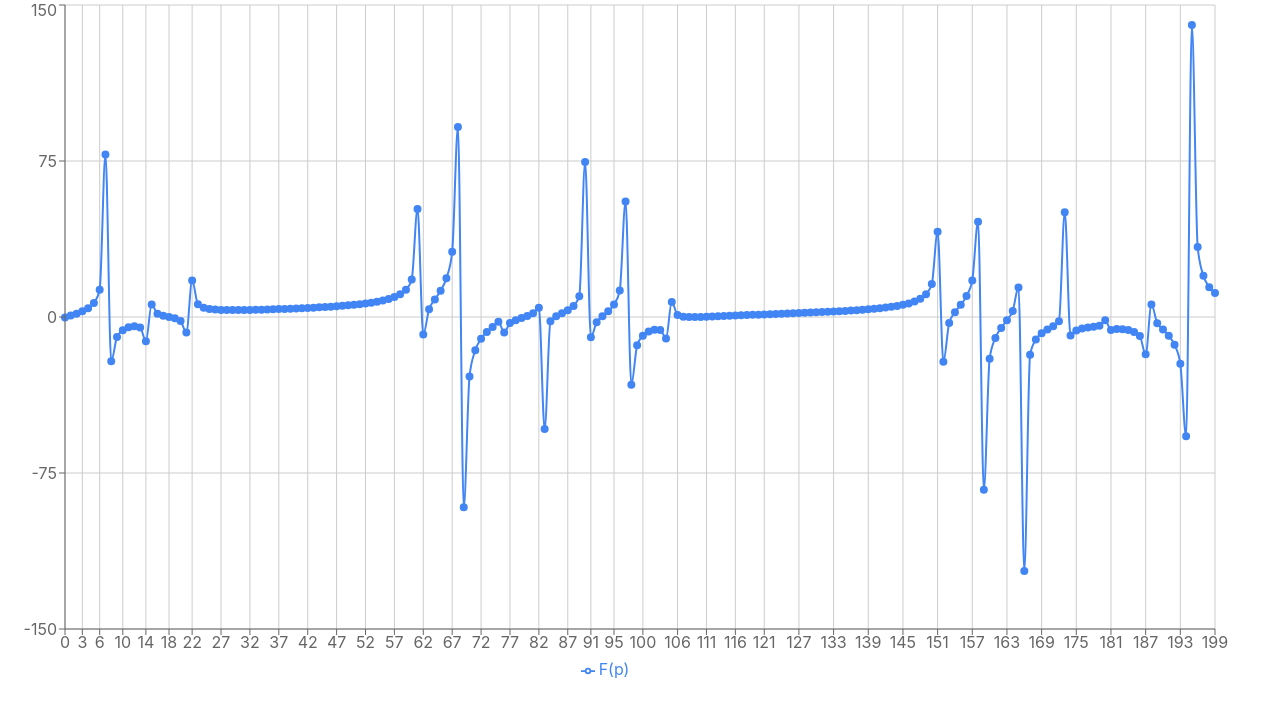
Repository: ivanburlakov/rts-labs
Page: / (app in lab2.1/)
An editor plug-in stored every save of this project. The page is shown before and after the next save, followed by the edit.
The browser window is 1280 px wide. The pictures show the whole page.
The project was rebuilt for these pictures with package versions that can differ from the ones it lists, and the page was loaded fresh each time.

Above is the page before, as saved 2021-04-26 15:36:34.

### lab2.1/src/App.js
import { useState, useEffect } from "react";
import {
  LineChart,
  Line,
  CartesianGrid,
  XAxis,
  YAxis,
  ResponsiveContainer,
  Tooltip,
  Legend
} from "recharts";
import "./App.css";

function W(p, k, N) {
  return (
    Math.cos(((2 * Math.PI) / N) * (p * k)) - Math.sin(((2 * Math.PI) / N) * (p * k))
  );
}

function generateChart(harmonics, frequencyBorder, ticks) {
  const results = [];
  const x = [];
  const data = [];
  const a = [
    0.4339828585740546,
    0.7913122899825349,
    0.9046675274492586,
    0.03561605703191084,
    0.6945208754805292,
    0.31068813398293105,
    0.8019743203386724,
    0.28475103254141687,
    0.12064273435943562,
    0.9330672886468734,
  ];
  const phi = [
    0.22630164484429782,
    0.209250913297216,
    0.4181397442964869,
    0.7283513419958436,
    0.9143343248574061,
    0.29136587444048345,
    0.6230305731180181,
    0.7151092751757229,
    0.053674000231757946,
    0.14700253263682495,
  ];
  for (let i = 0; i < harmonics; i++) {
    const w = (frequencyBorder / harmonics) * (i + 1);
    const harmonic = [];
    for (let t = 0; t < ticks; t++) {
      harmonic.push(a[i] * Math.sin(w * t + phi[i]));
    }
    results.push(harmonic);
  }
  for (let t = 0; t < ticks; t++) {
    let sum = 0;
    for (const array of results) {
      sum += array[t];
    }
    x.push(sum);
  }
  for (let p = 0; p < 200; p++) {
    let F = 0;
    for (let k = 0; k < x.length; k++) {
      F += x[k] * W(p, k, x.length);
    }
    data.push({
      p,
      'F(p)': F,
    });
  }
  return data;
}

function App() {
  const [data, setData] = useState(null);
  useEffect(() => {
    setData(generateChart(10, 900, 256));
  }, []);
  return (
    <div className="App">
      {data && (
        <div className="chart">
          <ResponsiveContainer width="100%" height="95%">
            <LineChart
              data={data}
              margin={{ right: 65, top: 5, bottom: 5, left: 5 }}
            >
              <CartesianGrid stroke="#ccc" />
              <Line
                type="monotone"
                dataKey="F(p)"
                stroke="#4285F4"
                fill="#4285F4"
                strokeWidth={2}
              />
              <XAxis dataKey="p" />
              <YAxis dataKey="F(p)" />
              <Tooltip />
              <Legend />
            </LineChart>
          </ResponsiveContainer>
        </div>
      )}
    </div>
  );
}

export default App;

### lab2.1/src/App.css
.App {
  position: absolute;
  top: 0;
  bottom: 0;
  left: 0;
  right: 0;
  display: flex;
  flex-direction: column;
  justify-content: center;
  align-items: center;
  overflow: hidden;
}

.results {
  flex: 1;
  position: relative;
  height: 80px;
  width: 100%;
  display: flex;
  flex-direction: row;
}

.center {
  flex: 1;
  position: relative;
  display: flex;
  justify-content: center;
  align-items: center;
}

.mx {
  display: block;
}

.dx {
  display: block;
}

.chart {
  position: relative;
  height: 100%s;
  width: 100%;
  flex: 5;
}

Loaded but not shown: lab2.1/public/index.html (common file); lab2.1/src/index.js (common file); lab2.1/src/index.css (common file); lab2.1/src/reportWebVitals.js (common file)

After the next save:
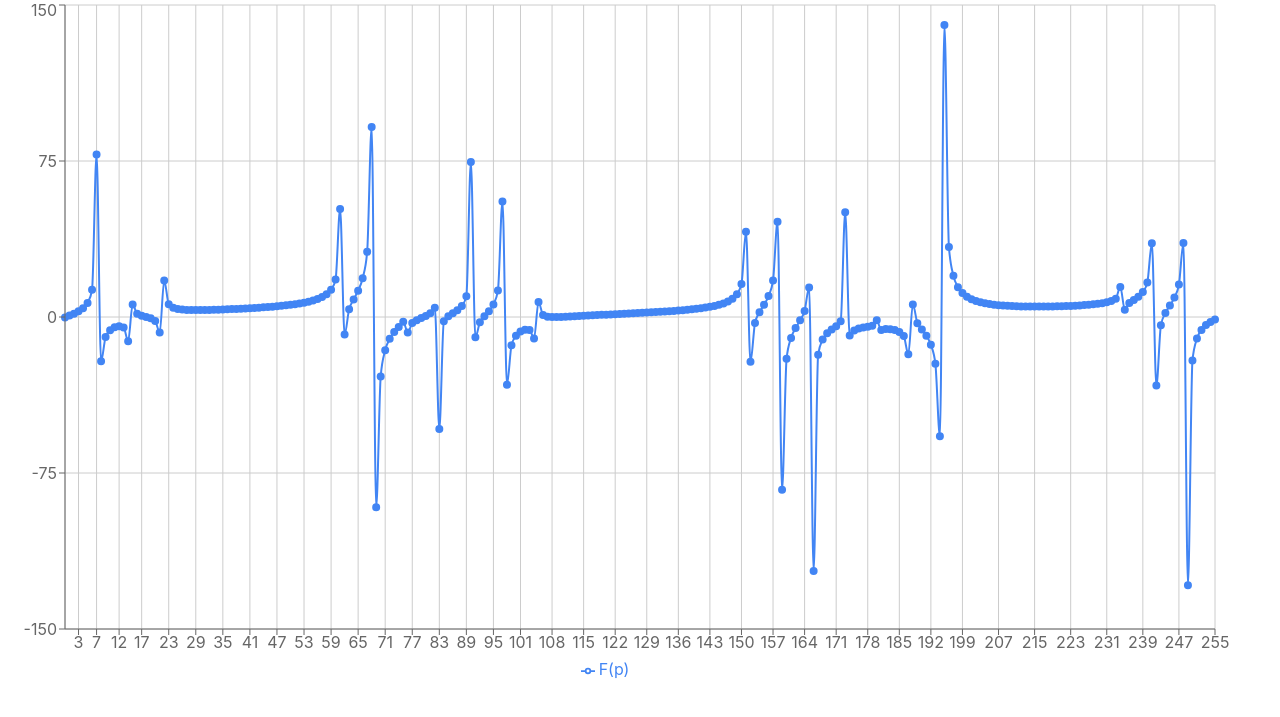
Saved 35 s later.
--- a/lab2.1/src/App.js
+++ b/lab2.1/src/App.js
@@ -60,7 +60,7 @@ function generateChart(harmonics, frequencyBorder, ticks) {
     }
     x.push(sum);
   }
-  for (let p = 0; p < 200; p++) {
+  for (let p = 0; p < x.length; p++) {
     let F = 0;
     for (let k = 0; k < x.length; k++) {
       F += x[k] * W(p, k, x.length);
